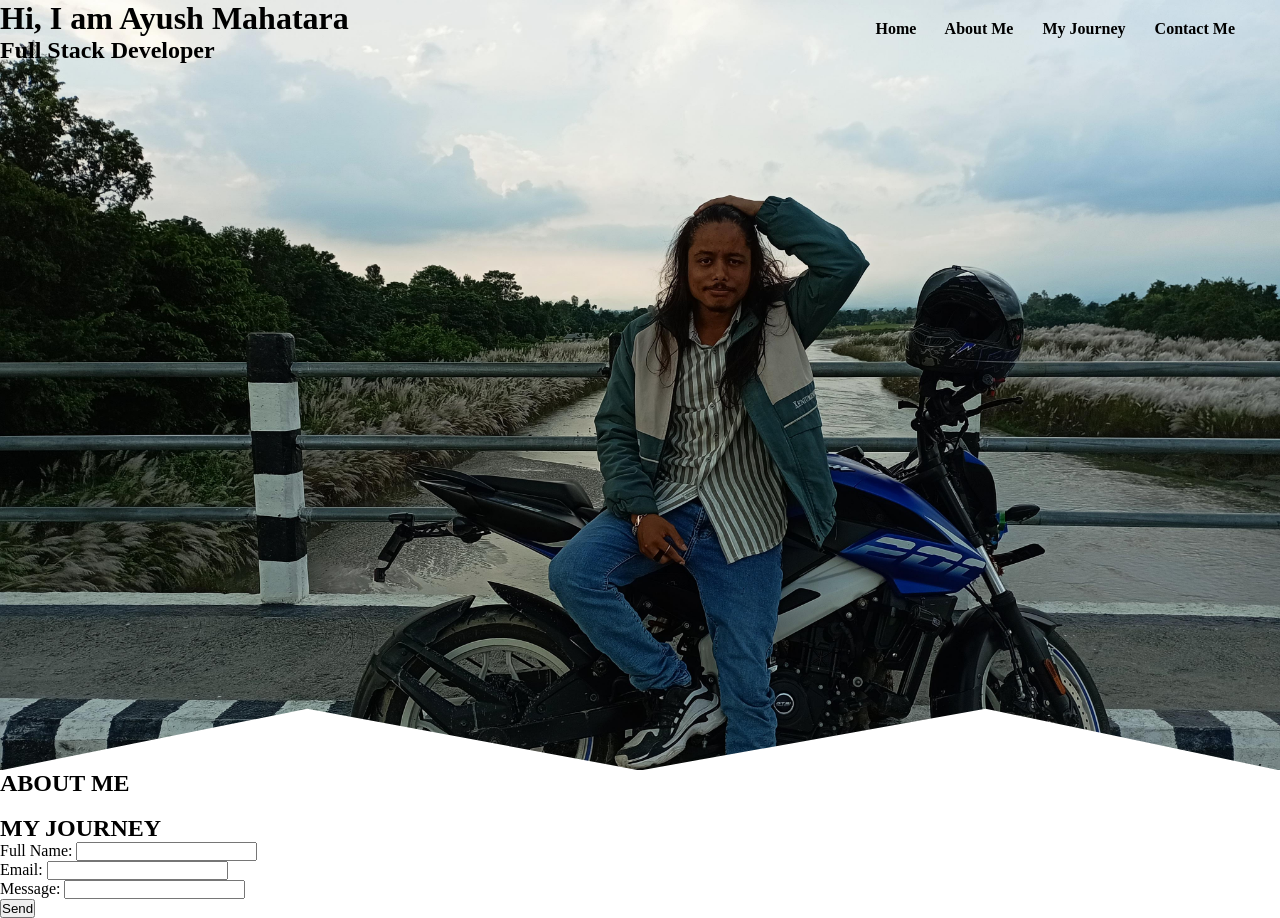
Repository: AyushMahatara/personal-website
Page: New folder/index.html
The author's editor kept a copy of each file at every save. The page is drawn from the files as they stood at one save, then again after the next save.
The browser window is 1280 px wide. The pictures show the whole page.
Backgrounds fixed to the window are drawn as part of the page.

Above is the page before, as saved 2023-07-20 16:39:45.

### New folder/index.html
<!DOCTYPE html>
<html lang="en">
  <head>
    <meta charset="UTF-8" />
    <meta name="viewport" content="width=device-width, initial-scale=1.0" />
    <link rel="stylesheet" href="/style.css" />
    <title>GA</title>
  </head>

  <style></style>
  <body>
    <header>
      <div class="first">
        <div>
          <nav>
            <a href="#">Home</a>
            <a href="#">About Me</a>
            <a href="#">My Journey</a>
            <a href="#">Contact Me</a>
            <!-- <a href="#">Home</a> -->
          </nav>
        </div>
        <div>
          <h1>Hi, I am Ayush Mahatara</h1>
          <h2>Full Stack Developer</h2>
          <img src="" alt="" />
        </div>
      </div>
    </header>
    <div class="second">
      <h2>ABOUT ME</h2>
      <div class="profilePic">
        <img src="" alt="" />
      </div>
      <div class="aboutMe"></div>
    </div>

    <div class="third">
      <h2>MY JOURNEY</h2>
      <div class="experience"></div>
    </div>

    <div class="contactMe">
      <div>
        <form action="">
          <div>
            <label for="">Full Name:</label>
            <input type="text" />
          </div>
          <div>
            <label for="">Email:</label>
            <input type="email" required />
          </div>
          <div>
            <label for="">Message:</label>
            <input type="textarea" />
            <div>
              <button type="submit">Send</button>
            </div>
          </div>
        </form>
      </div>
    </div>

    <footer>
      <div>
        <div>
          <a href=""></a>
          <a href=""></a>
        </div>
      </div>
    </footer>
  </body>
</html>

### New folder/style.css
* {
  margin: 0;
  padding: 0;
  text-decoration: none;
}
header {
  background-image: url("/background.jpg");
  background-size: cover;
  background-position: top;
  background-repeat: no-repeat;
  background-attachment: fixed;
  width: 100%;
  height: 107vh;
  position: relative;
  clip-path: polygon(
    0 0,
    0 100%,
    24% 92%,
    50% 100%,
    77% 92%,
    100% 100%,
    100% 0
  );
  overflow: hidden;
}

nav {
  float: right;
  padding: 20px;
  font-weight: bold;
}

a {
  color: black;
}

nav a {
  padding-right: 25px;
}

.active {
  color: orange;
}

nav a:hover {
  color: orange;
}

After the next save:
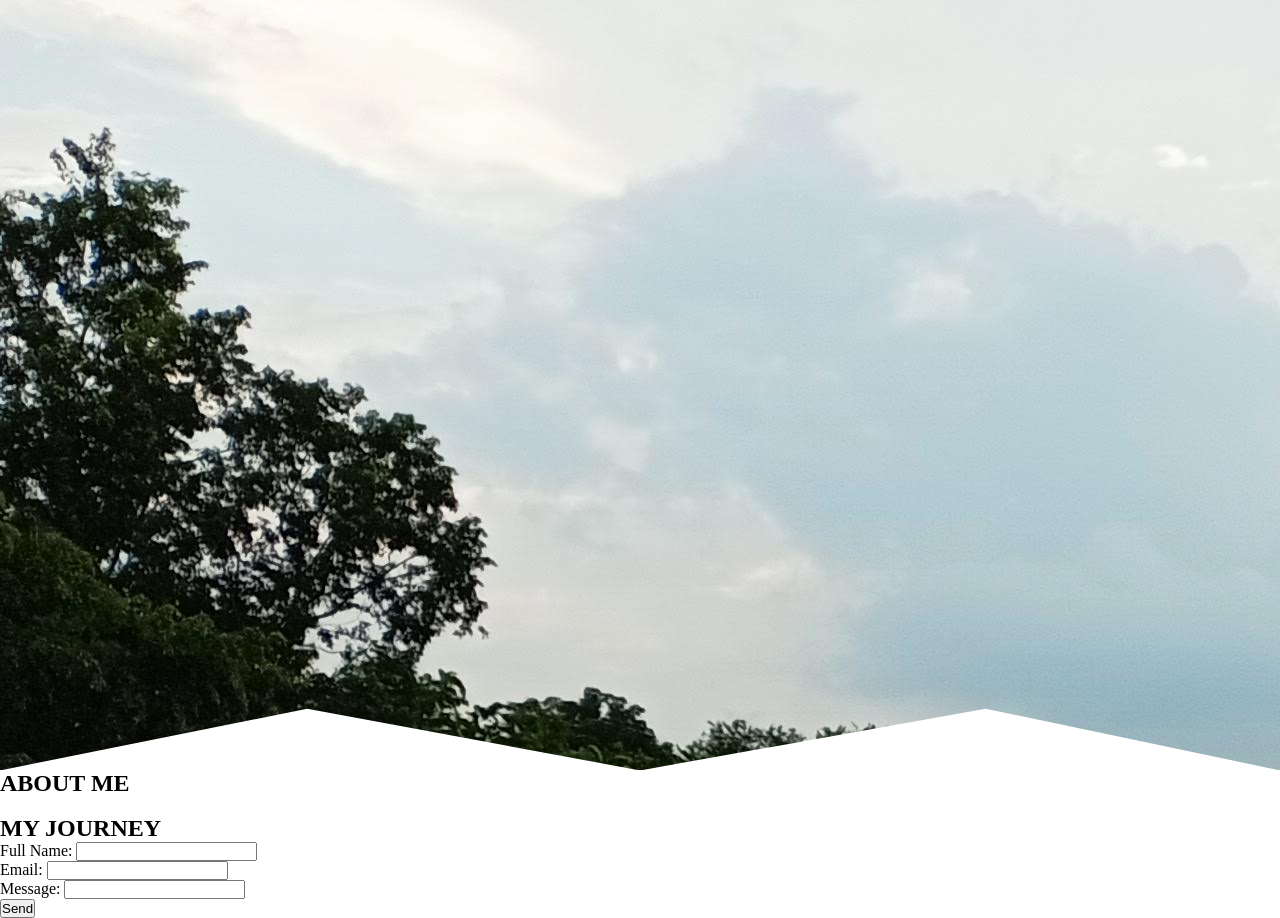
Saved 24 s later.
--- a/New folder/index.html
+++ b/New folder/index.html
@@ -11,6 +11,9 @@
   <body>
     <header>
       <div class="first">
+        <div>
+          <img src="/background.jpg" alt="">
+        </div>
         <div>
           <nav>
             <a href="#">Home</a>
